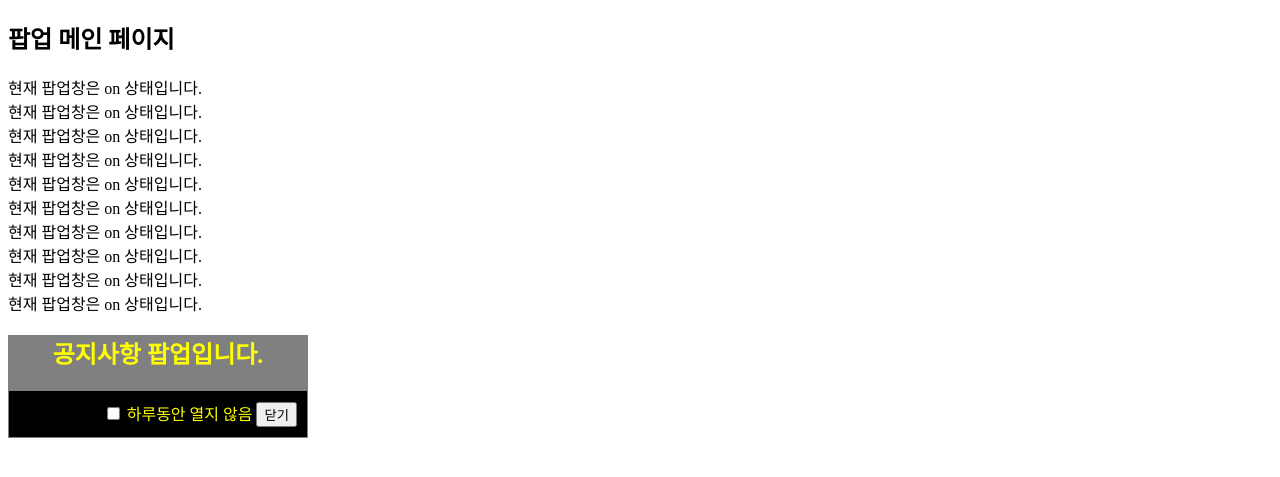
Repository: Motibidu/JSP_Servlet
Page: http://localhost/MushHaveJsp/04Cookie/PopupMain.jsp
The author's editor kept a copy of each file at every save. The page is drawn from the files as they stood at one save, then again after the next save.
The browser window is 1280 px wide. The pictures show the whole page.
The page is served by Tomcat 10. Other server files are loaded and not shown.

Above is the page before, as saved 2025-05-07 05:55:33.
Console error: SyntaxError: missing ) after argument list

### MushHaveJsp/src/main/webapp/04Cookie/PopupMain.jsp
<%@ page language="java" contentType="text/html; charset=UTF-8"
	pageEncoding="UTF-8"%>

<%
String popupMode = "on";

Cookie[] cookies = request.getCookies();
if (cookies != null) {
	for (Cookie c : cookies) {
		String cookieName = c.getName();
		String cookieValue = c.getValue();
		if (cookieName.equals("PopupClose")) {
	popupMode = cookieValue;
		}
	}

}
%>
<!DOCTYPE html>
<html>
<head>
<meta charset="UTF-8">
<title>Insert title here</title>

<script>
	$(function() {
		$('#closeBtn').click(function() {
			$('#popup').hide();
			var chkVal= $("input:checkbox[id=inactiveToday]:checked"). val();
			$.ajax({
				url: './PopupCookie.jsp',
				type: 'get',
				data: {inactiveToday: chkVal},
				dataType: "text",
				success: function(resData){
					if(resData != '') location.reload();}
						}
		})
	})
</script>
<script
	src="https://ajax.googleapis.com/ajax/libs/jquery/3.7.1/jquery.min.js">
</script>
<style>
div#popup {
	position: absolute, top: 100px;
	left: 100px;
	color: yellow;
	width: 300px;
	height: 100px;
	background-color: gray;
}

div#popup>div {
	position: relative;
	background-color: black;
	top: 0px;
	border: 1px solid gray;
	padding: 10px;
	color;
	black;
}
</style>
</head>
<body>
	<h2>팝업 메인 페이지</h2>
	<%
	for (int i = 1; i <= 10; i++)
	{
		out.print("현재 팝업창은 " + popupMode + " 상태입니다.<br/>");
	}
	if (popupMode.equals("on"))
	{
	%>
	<div id="popup">
		<h2 align="center">공지사항 팝업입니다.</h2>
		<div align="right">
			<form name="popFrm">
				<input type="checkbox" id="inactiveToday" value="1" /> 하루동안 열지 않음 <input
					type="button" value="닫기" id="closeBtn" />
			</form>
		</div>
	</div>
	<%
	}
	%>
</body>
</html>

After the next save:
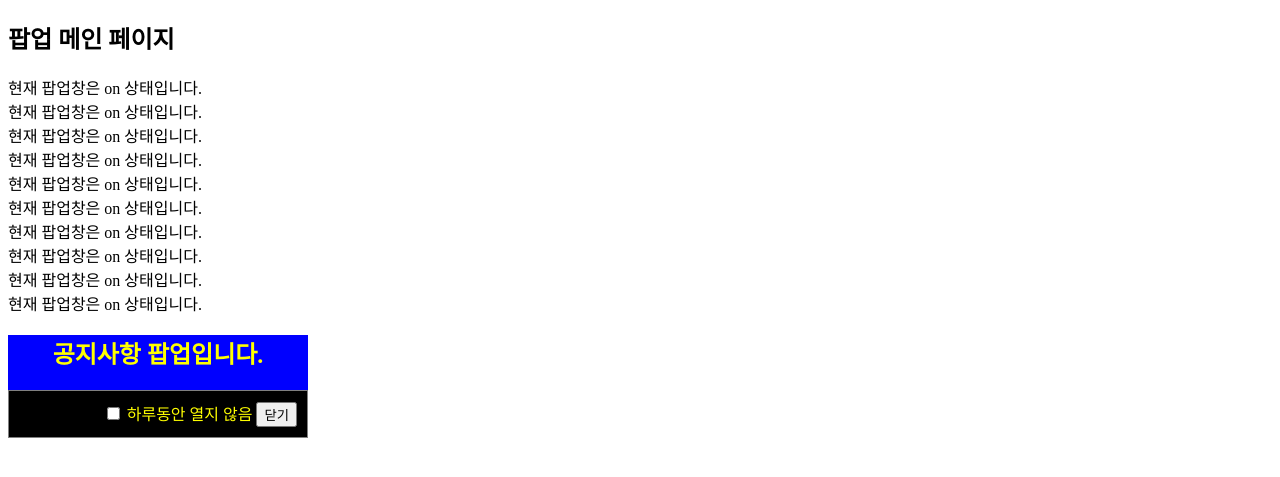
Saved 5 s later.
--- a/MushHaveJsp/src/main/webapp/04Cookie/PopupMain.jsp
+++ b/MushHaveJsp/src/main/webapp/04Cookie/PopupMain.jsp
@@ -48,7 +48,7 @@
 	color: yellow;
 	width: 300px;
 	height: 100px;
-	background-color: gray;
+	background-color: blue;
 }
 
 div#popup>div {

After the save that followed:
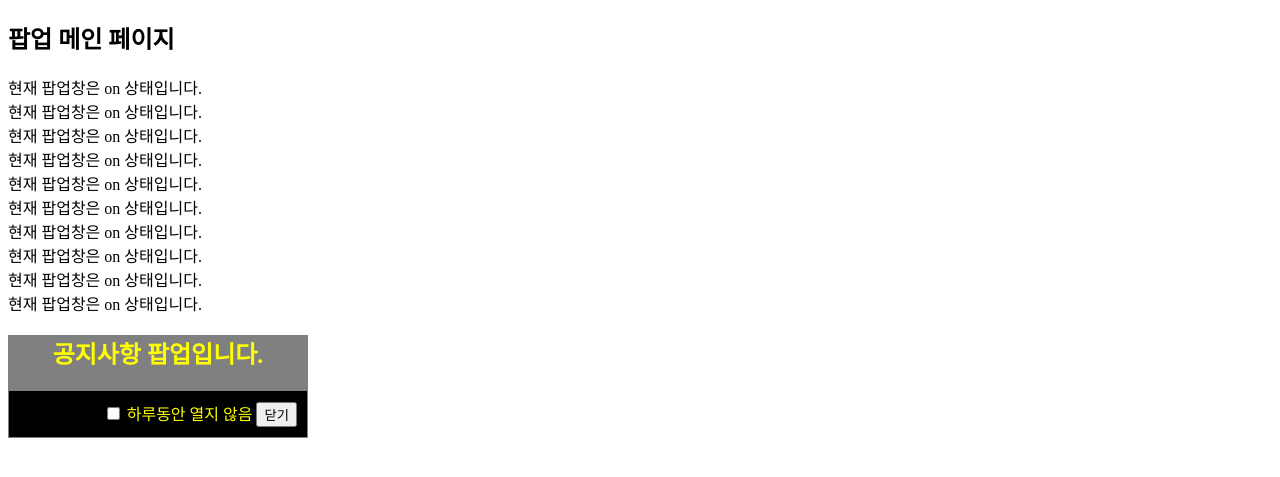
Saved 8 s later.
--- a/MushHaveJsp/src/main/webapp/04Cookie/PopupMain.jsp
+++ b/MushHaveJsp/src/main/webapp/04Cookie/PopupMain.jsp
@@ -48,7 +48,7 @@
 	color: yellow;
 	width: 300px;
 	height: 100px;
-	background-color: blue;
+	background-color: gray;
 }
 
 div#popup>div {
